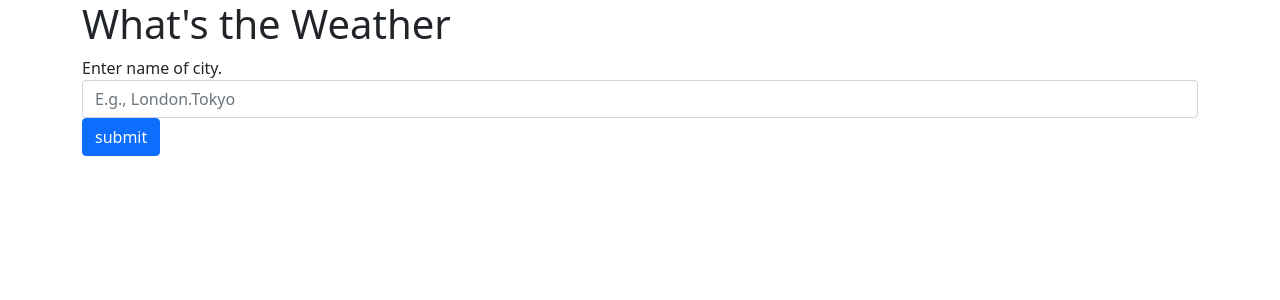
Repository: shanu4182/phpprojectgh
Page: http://localhost/ws.php
The author's editor kept a copy of each file at every save. The page is drawn from the files as they stood at one save, then again after the next save.
The browser window is 1280 px wide. The pictures show the whole page.
The page is run by PHP 8.4 with error messages shown; the project is at /var/www/html/.

Above is the page before, as saved 2022-12-15 15:40:38.

After the next save:
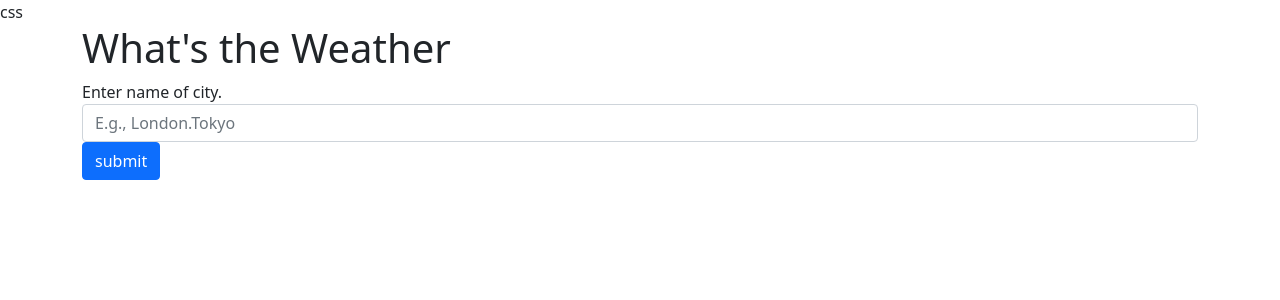
Saved 18 s later.
--- a/ws.php
+++ b/ws.php
@@ -9,7 +9,7 @@
               rel="stylesheet"
               integrity="sha384-1BmE4kWBq78iYhFldvKuhfTAU6auU8tT94WrHftjDbrCEXSU1oBoqyl2QvZ6jIW3"
               crossorigin="anonymous">
-
+              css
 </head>
 <body>
     <div class="container">
